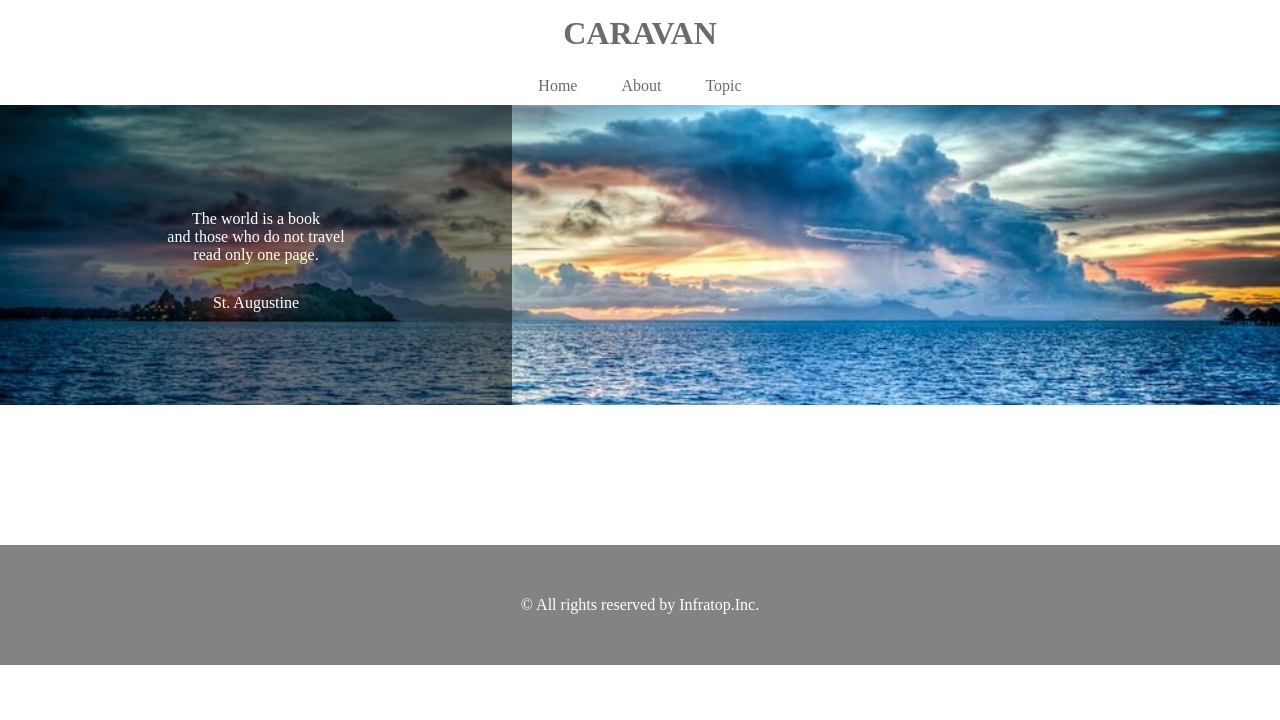
Repository: menyuu/test-html-CSS-practice
Page: caravan/index.html
The author's editor kept a record of every edit. The page is drawn from the files as they stood at one moment, then again after the next edit.
The browser window is 1280 px wide. The pictures show the whole page.

Above is the page before.

After the next edit:
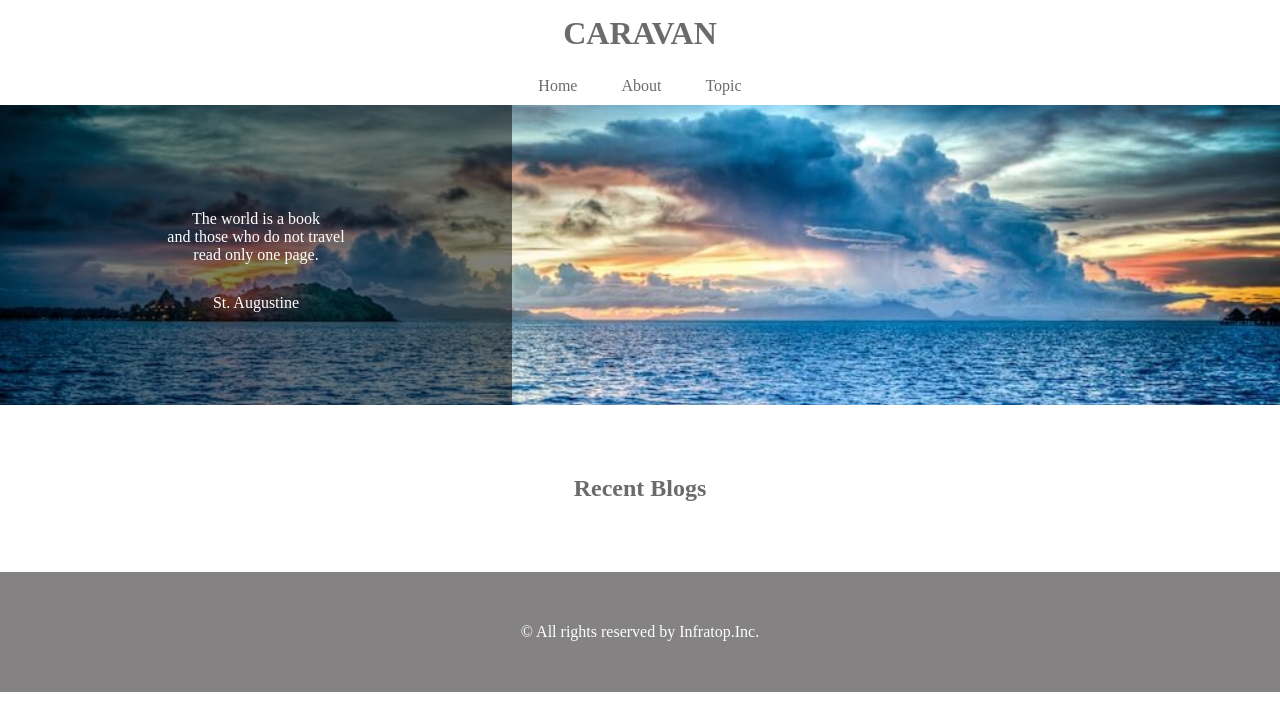
The edit:
--- a/caravan/index.html
+++ b/caravan/index.html
@@ -42,7 +42,9 @@
   </div>
 
   <main>
-    <div class="blog"></div>
+    <section class="blog">
+      <h2 class="blog-heading">Recent Blogs</h2>
+    </section>
     <div class="sidebar"></div>
   </main>
 
